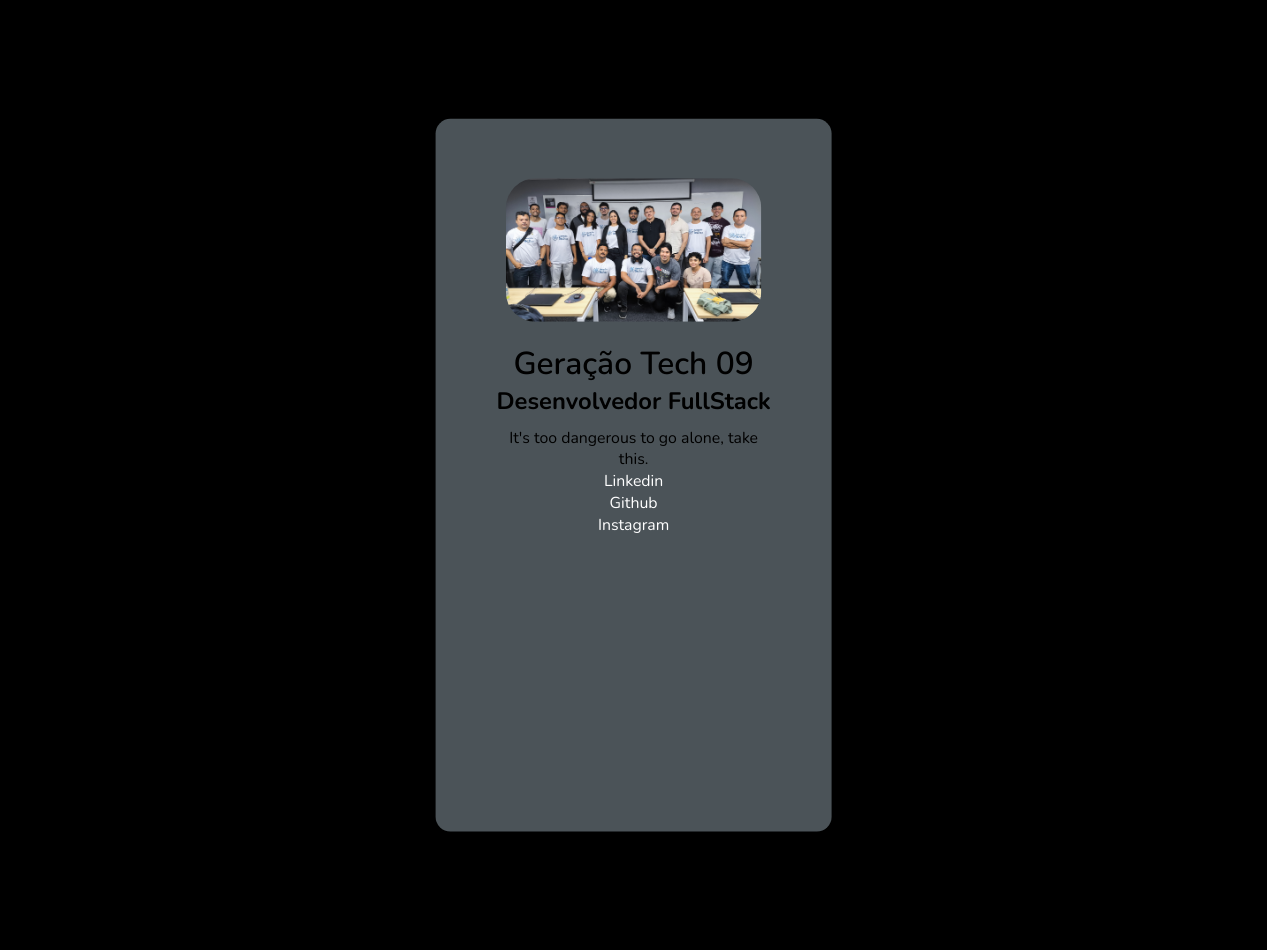
Repository: geracao-09/linktree-gt9
Page: index.html
An editor plug-in stored every save of this project. The page is shown before and after the next save, followed by the edit.
The browser window is 1280 px wide. The pictures show the whole page, at 99% of full size.

Above is the page before, as saved 2025-04-10 11:56:44.

### index.html
<!DOCTYPE html>
<html lang="pt-br">
  <head>
    <meta charset="UTF-8" />
    <meta name="viewport" content="width=device-width, initial-scale=1.0" />
    <title>Linktree do GT09</title>
    <link rel="stylesheet" href="style.css" />
    <link rel="preconnect" href="https://fonts.googleapis.com" />
    <link rel="preconnect" href="https://fonts.gstatic.com" crossorigin />
    <link href="https://fonts.googleapis.com/css2?family=Nunito:ital,wght@0,200..1000;1,200..1000&display=swap" rel="stylesheet" />
  </head>
  <body>
    <div class="container-main">
      <div class="container-image">
        <img src="./assets/image-profile.jpg" alt="Foto dos top 25 geracao tech" />
      </div>
      <div class="container-infos">
        <h1>Geração Tech 09</h1>
        <h2>Desenvolvedor FullStack</h2>
      </div>
      <div class="container-easter-egg">
        <p>It's too dangerous to go alone, take this.</p>
      </div>
      <div class="container-social">
        <ul>
          <li>
            <a href="https://www.linkedin.com/in/cesar-hideki-nagano-326b75115/" target="_blank"> Linkedin </a>
          </li>
          <li>
            <a href="https://github.com/geracao-09" target="_blank"> Github </a>
          </li>
          <li>
            <a href="https://www.instagram.com/hidekina/" target="_blank"> Instagram </a>
          </li>
        </ul>
      </div>
    </div>
  </body>
</html>

### style.css
* {
  font-family: "Nunito", sans-serif;
  margin: 0;
  padding: 0;
  box-sizing: border-box;
}

body {
  background-color: #000000;
}

.container-main {
  background-color: #4b5358;
  width: 400px;
  height: 720px;
  box-sizing: border-box;
  margin: 120px auto;
  padding: 60px;
  border-radius: 15px;
  text-align: center;
}

.container-image img {
  width: 258px;
  border-radius: 30px;
}

.container-infos {
  margin-top: 15px;
  margin-bottom: 10px;
}

.container-infos h1 {
    font-weight: 600;
}
.container-social ul {
  list-style-type: none;
}

.container-social a {
  text-decoration: none;
  color: white;
}

After the next save:
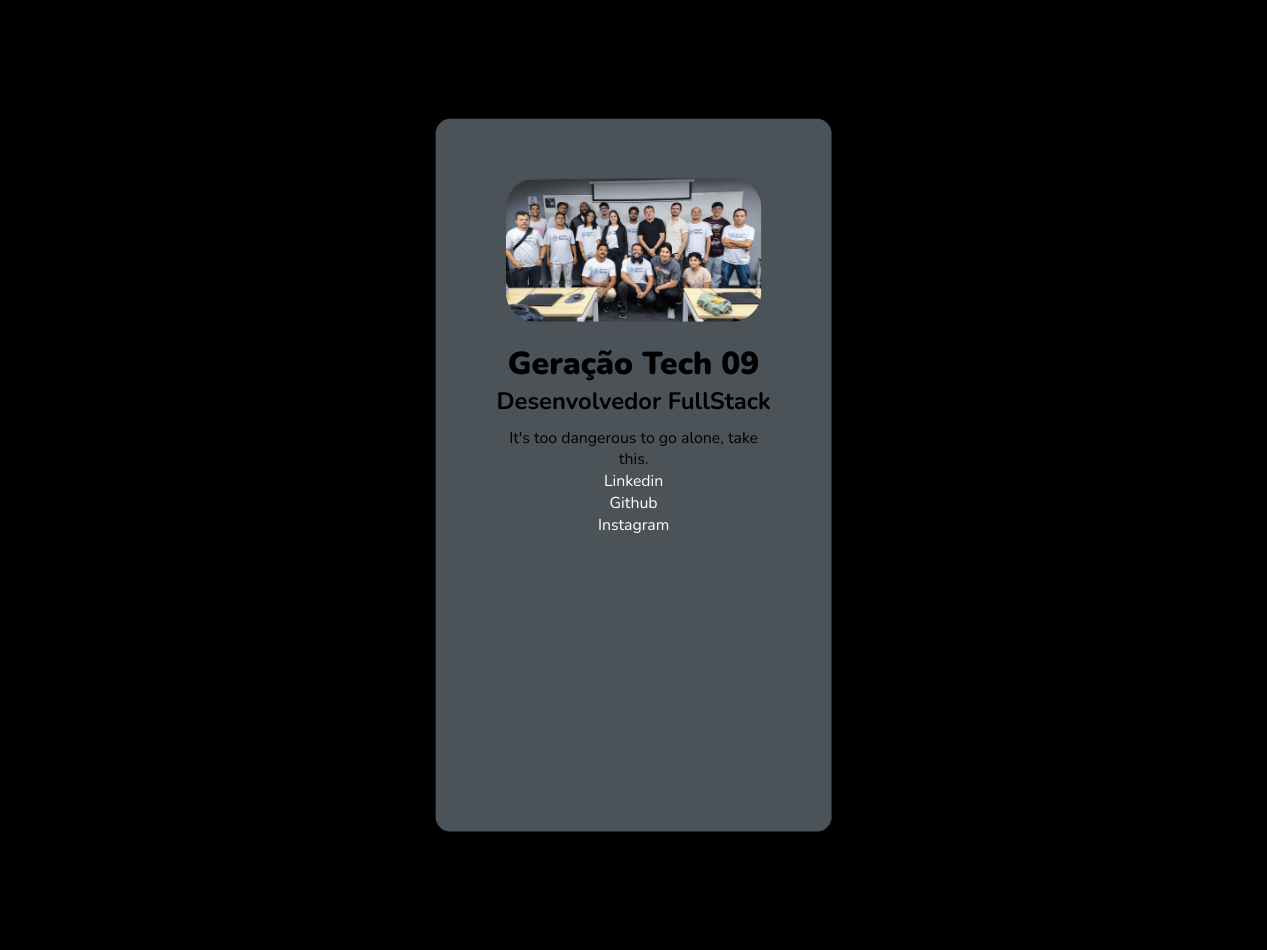
Saved 7 s later.
--- a/style.css
+++ b/style.css
@@ -31,7 +31,7 @@
 }
 
 .container-infos h1 {
-    font-weight: 600;
+    font-weight: 900;
 }
 .container-social ul {
   list-style-type: none;
